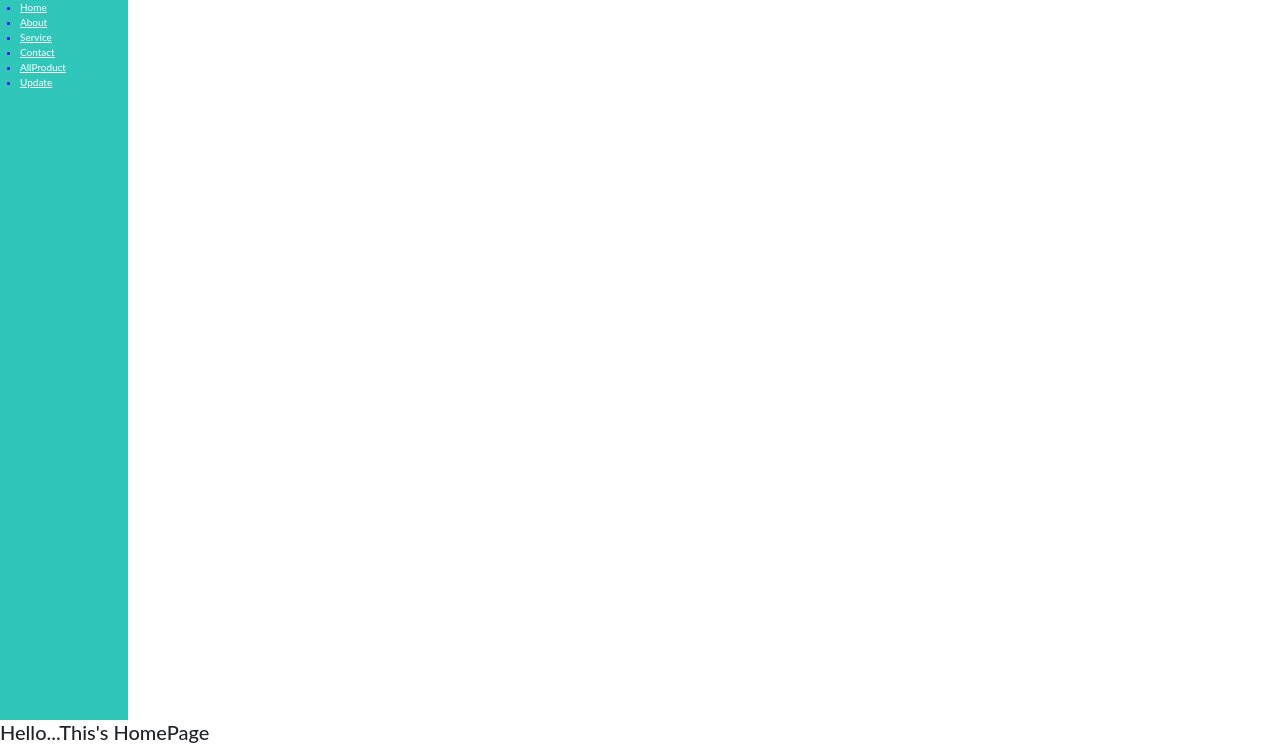
Repository: Hothidani/React
Page: / (app in exa/my-react-router-A/)
These files come from the project's save history. The page is drawn as it stood at one moment and after the next save; the edit follows.
The browser window is 1280 px wide. The pictures show the whole page.
The project was rebuilt for these pictures with package versions that can differ from the ones it lists, and the page was loaded fresh each time. Also part of the build but not shown: exa/my-react-router-A/src/component/Navigation.js, exa/my-react-router-A/src/component/About.js, exa/my-react-router-A/src/component/Service.js, exa/my-react-router-A/src/component/Contact.js, exa/my-react-router-A/src/component/AllProduct.js, exa/my-react-router-A/src/component/Add.js.

Above is the page before, as saved 2021-05-11 15:18:16.

After the next save:
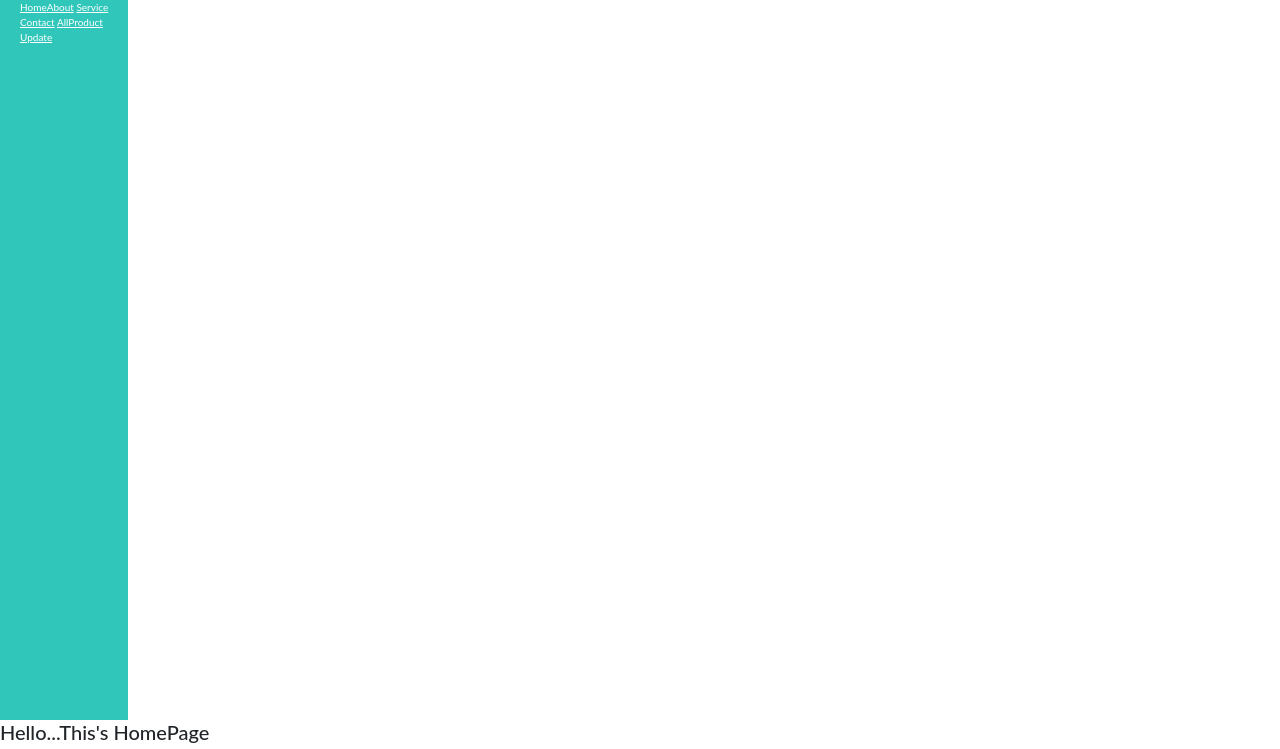
Saved 40 s later.
--- a/exa/my-react-router-A/src/App.js
+++ b/exa/my-react-router-A/src/App.js
@@ -16,12 +16,12 @@
           <div className="d-inline">
           <nav>
             <ul>
-              <li ><Link to="/" style={colorWord}>Home</Link></li>
-              <li ><Link to="/About" style={colorWord} >About</Link></li>
-              <li > <Link to="/Service" style={colorWord}>Service</Link></li>
-              <li > <Link to="/Contact" style={colorWord}>Contact</Link></li>
-              <li > <Link to="/AllProduct" style={colorWord}>AllProduct</Link></li>
-              <li > <Link to="/Update" style={colorWord}>Update</Link></li>
+              <li className="d-inline"><Link to="/" style={colorWord}>Home</Link></li>
+              <li className="d-inline"><Link to="/About" style={colorWord} >About</Link></li>
+              <li className="d-inline"> <Link to="/Service" style={colorWord}>Service</Link></li>
+              <li className="d-inline"> <Link to="/Contact" style={colorWord}>Contact</Link></li>
+              <li className="d-inline" > <Link to="/AllProduct" style={colorWord}>AllProduct</Link></li>
+              <li className="d-inline"> <Link to="/Update" style={colorWord}>Update</Link></li>
             </ul>
           </nav>
 

After the save that followed:
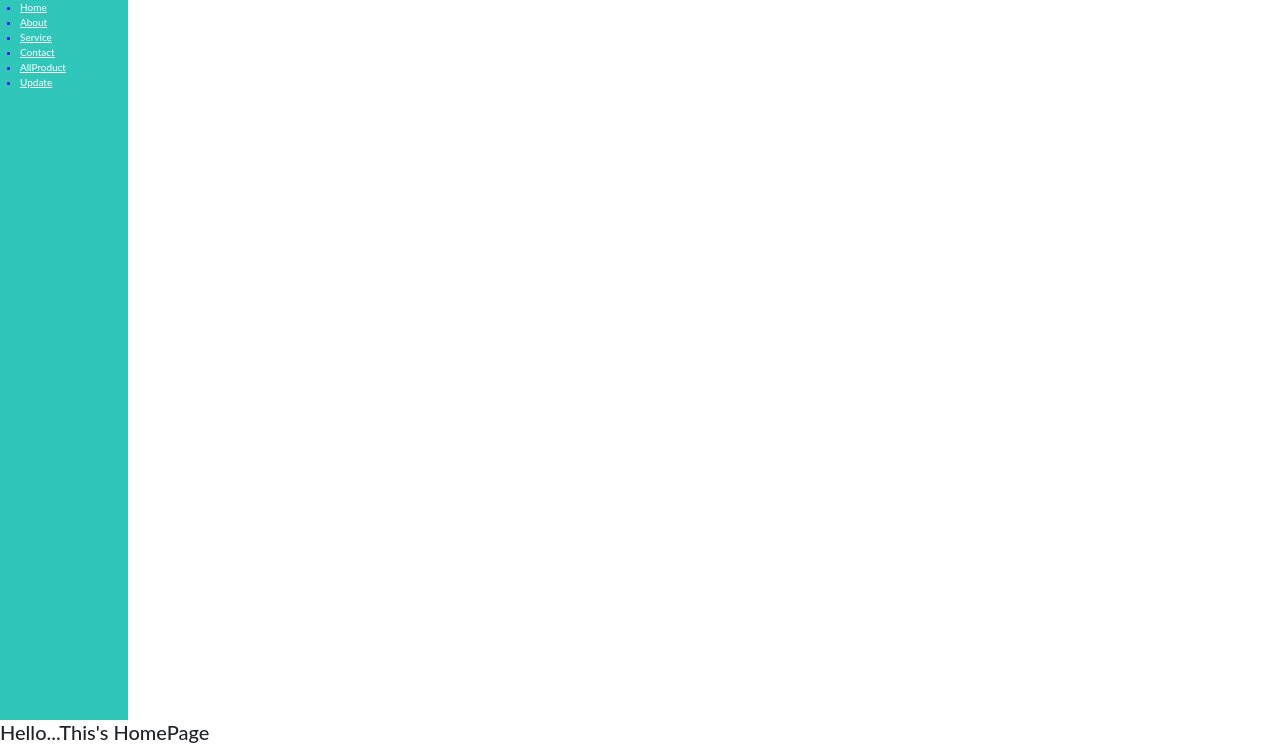
Saved 20 s later.
--- a/exa/my-react-router-A/src/App.js
+++ b/exa/my-react-router-A/src/App.js
@@ -16,12 +16,12 @@
           <div className="d-inline">
           <nav>
             <ul>
-              <li className="d-inline"><Link to="/" style={colorWord}>Home</Link></li>
-              <li className="d-inline"><Link to="/About" style={colorWord} >About</Link></li>
-              <li className="d-inline"> <Link to="/Service" style={colorWord}>Service</Link></li>
-              <li className="d-inline"> <Link to="/Contact" style={colorWord}>Contact</Link></li>
-              <li className="d-inline" > <Link to="/AllProduct" style={colorWord}>AllProduct</Link></li>
-              <li className="d-inline"> <Link to="/Update" style={colorWord}>Update</Link></li>
+              <li ><Link to="/" style={colorWord}>Home</Link></li>
+              <li ><Link to="/About" style={colorWord} >About</Link></li>
+              <li > <Link to="/Service" style={colorWord}>Service</Link></li>
+              <li > <Link to="/Contact" style={colorWord}>Contact</Link></li>
+              <li > <Link to="/AllProduct" style={colorWord}>AllProduct</Link></li>
+              <li > <Link to="/Update" style={colorWord}>Update</Link></li>
             </ul>
           </nav>
 
